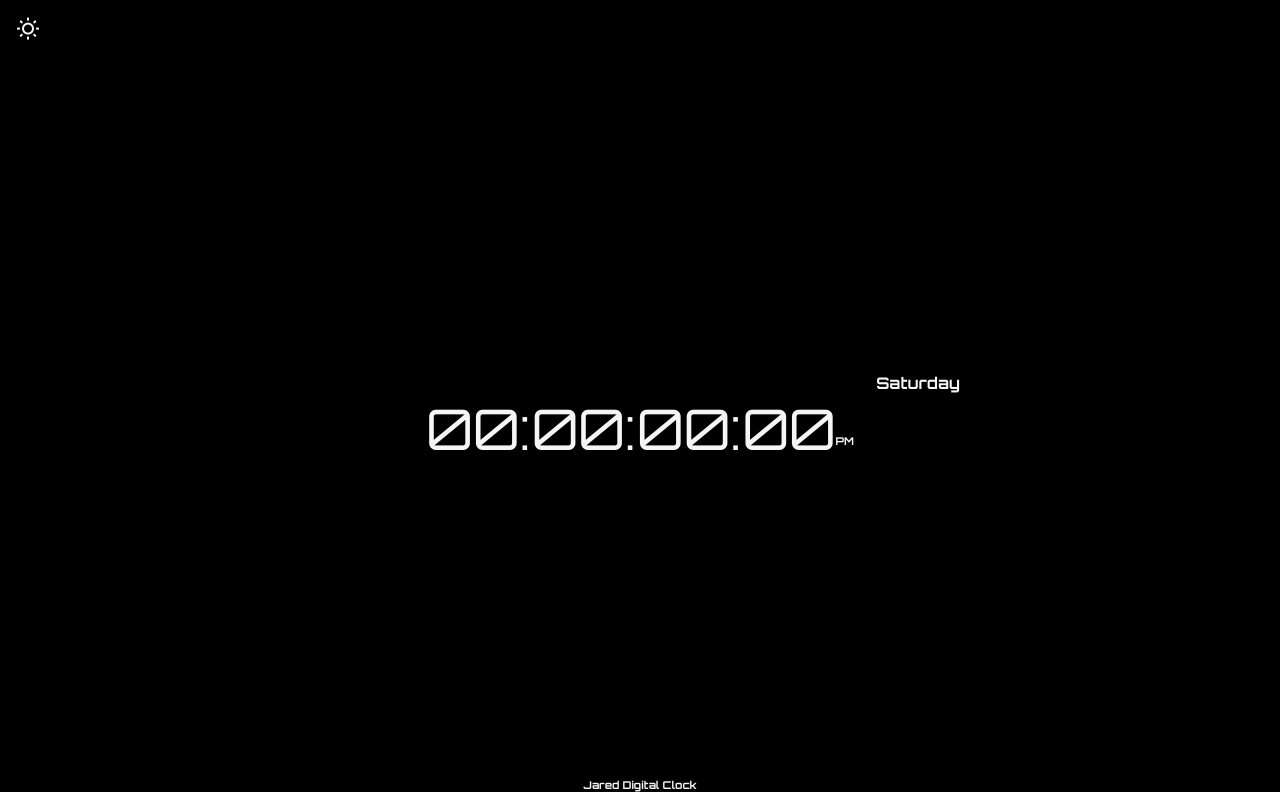
Repository: EguJaredoBoyd/Jared-Digital-Clock
Page: index.html
These files come from the project's save history. The page is drawn as it stood at one moment and after the next save; the edit follows.
The browser window is 1280 px wide. The pictures show the whole page.
Some web libraries are served in a nearby version.

Above is the page before, as saved 2026-01-04 21:59:21.

After the next save:
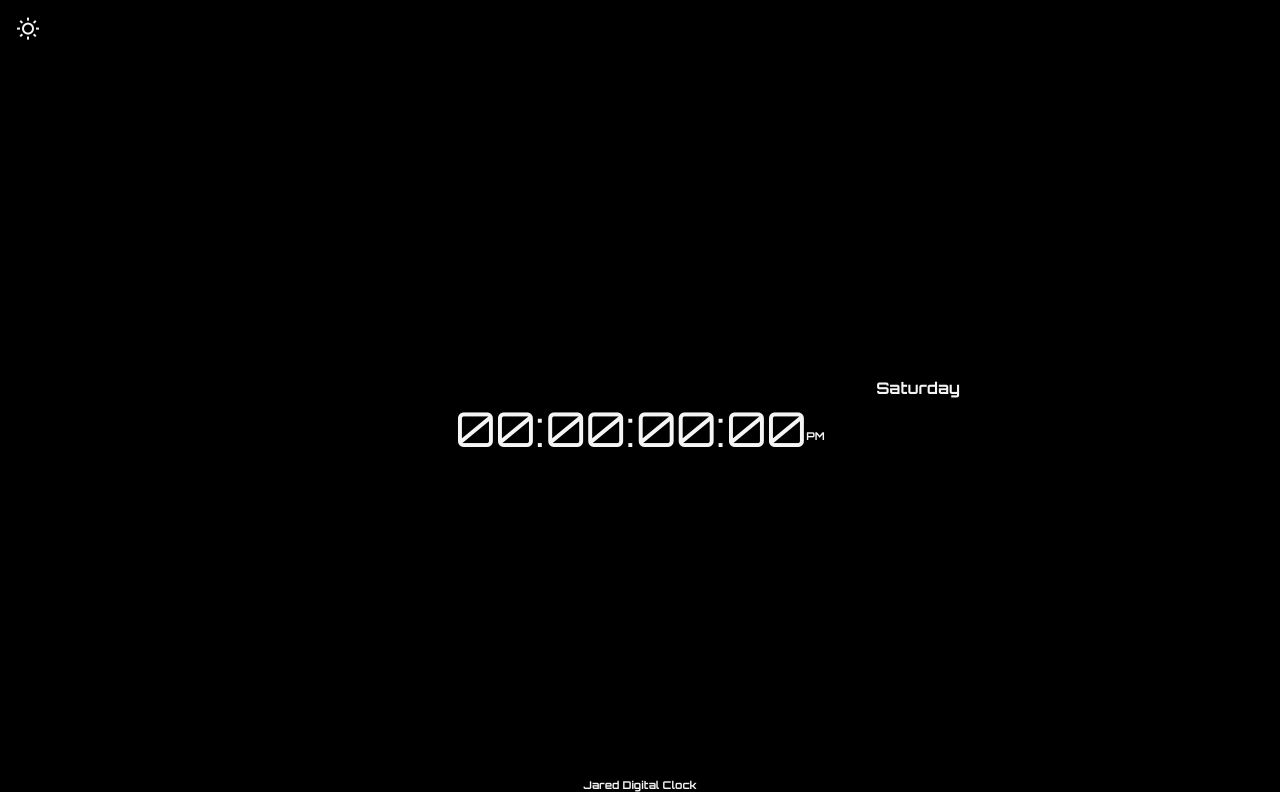
Saved 3 min 34 s later.
--- a/css/styles.css
+++ b/css/styles.css
@@ -78,7 +78,7 @@ header button i {
 }
 
 .watch-container__time p {
-  font-size: 3.5rem;
+  font-size: 3rem;
 }
 
 .watch-container__time h6 {
